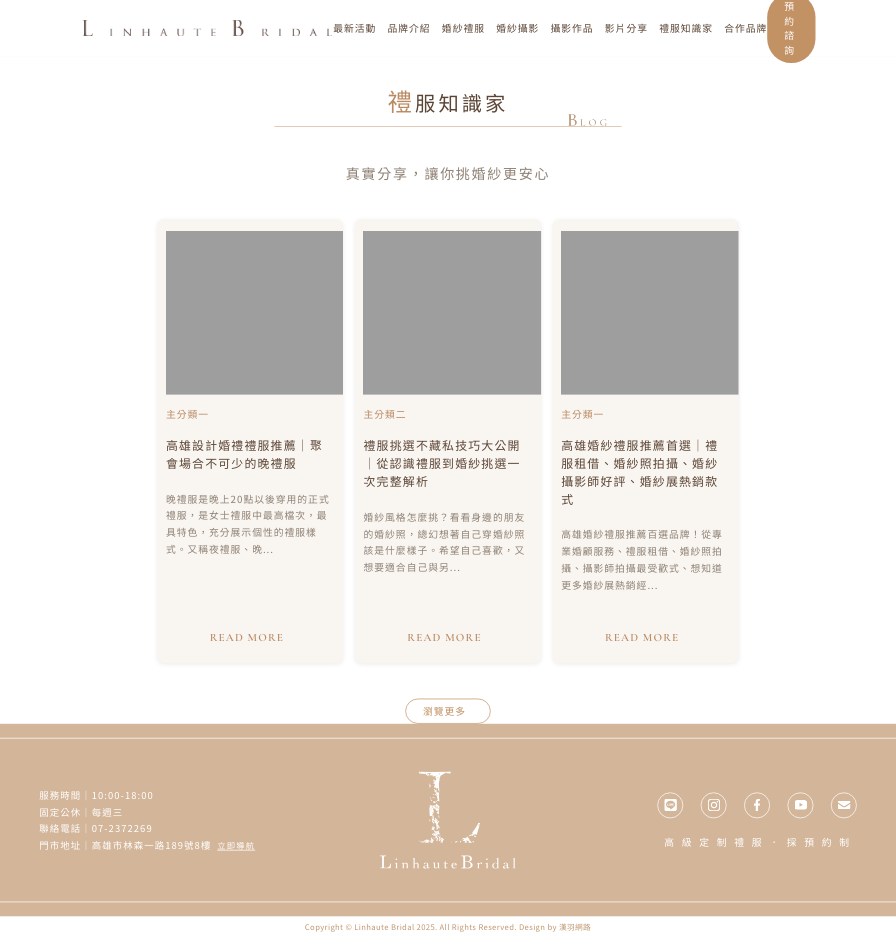
Repository: Jeffrey0117/lin-page
Page: 11.html
An editor plug-in stored every save of this project. The page is shown before and after a run of saves, followed by the edit.
The browser window is 1280 px wide. The pictures show the part of the page from y = 0 to 1920 px (the page is 1339 px tall before and 3626 px after), at 70% of full size.
Pictures or frames that could not be fetched are drawn as grey boxes. Some web libraries are served in a nearby version.

Above is the page before, as saved 2025-12-01 15:26:46.

After the next 2 saves:
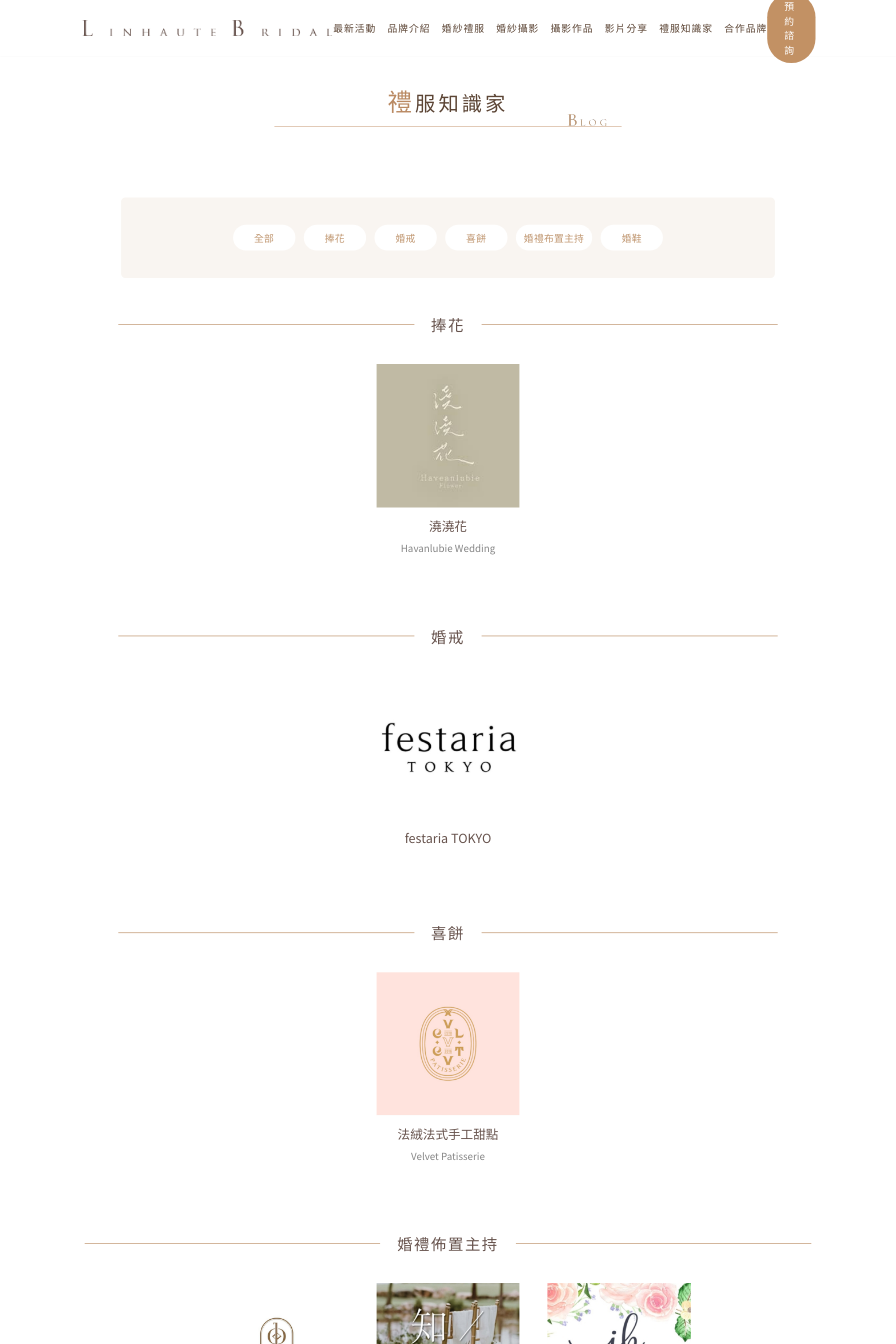
The 2 saves are shown as one change because they came seconds apart.
The last was saved 102 s later.
--- a/11.html
+++ b/11.html
@@ -92,8 +92,87 @@
             </div>
             <div class="w-[496px] border-b border-underline mt-[17px]"></div>
         </div>
-
-        <p class="text-[20px] tracking-[0.124em] text-text-subtitle mb-[51px]">真實分享，讓你挑婚紗更安心</p>
+      <!-- ------------------------分類按鈕------------------------ -->
+      <div class="w-full flex flex-col justify-center items-center">
+        <div class="mt-[50px] mb-0 sm:mb-[10px] flex-col w-[90%] lg:w-[73%] max-w-[1392px] rounded-md flex bg-[#f9f5f1] py-[39px] px-2 sm:px-8 xl:px-40">
+          <div class="grid grid-cols-2 sm:grid-cols-3 xl:flex xl:flex-nowrap gap-3 justify-center items-center">
+            <button data-category="all" class="filter-btn group py-[8px] xl:w-[130px] flex items-center justify-center text-[#c09771] rounded-full text-[14px] tracking-wide hover:bg-[#c09771] bg-white hover:text-white transition">全部</button>
+            <button data-category="category-1" class="filter-btn group py-[8px] xl:w-[130px] flex items-center justify-center gap-2 text-[#c09771] rounded-full text-[14px] tracking-wide hover:bg-[#c09771] bg-white hover:text-white transition">捧花</button>
+            <button data-category="category-2" class="filter-btn group py-[8px] xl:w-[130px] flex items-center justify-center gap-2 text-[#c09771] rounded-full text-[14px] tracking-wide hover:bg-[#c09771] bg-white hover:text-white transition">婚戒</button>
+            <button data-category="category-3" class="filter-btn group py-[8px] xl:w-[130px] flex items-center justify-center gap-2 text-[#c09771] rounded-full text-[14px] tracking-wide hover:bg-[#c09771] bg-white hover:text-white transition">喜餅</button>
+            <button data-category="category-4" class="filter-btn group py-[8px] xl:w-[160px] flex items-center justify-center gap-2 text-[#c09771] rounded-full text-[14px] tracking-wide hover:bg-[#c09771] bg-white hover:text-white transition">婚禮布置主持</button>
+            <button data-category="category-5" class="filter-btn group py-[8px] xl:w-[130px] flex items-center justify-center gap-2 text-[#c09771] rounded-full text-[14px] tracking-wide hover:bg-[#c09771] bg-white hover:text-white transition">婚鞋</button>
+          </div>
+        </div>
+        <!-------------------------------- 捧花 -------------------------------->
+        <div class="card category-1 my-10 w-full flex items-center justify-center">
+          <div class="w-[33%] max-w-[555px] border-t border-[#c09771]"></div>
+          <span class="px-6 text-[#67534d] text-[16px] sm:text-[20px] md:text-[22px] tracking-widest whitespace-nowrap">捧花</span>
+          <div class="w-[33%] max-w-[555px] border-t border-[#c09771]"></div>
+        </div>
+        <div class="mb-12 card category-1 w-[50%] lg:w-[16%] flex flex-col">
+          <img src="images/partner/澆澆花.jpg" alt="" />
+          <p class="pt-[13px] pb-2 text-center text-[#67534d] text-[18px]">澆澆花</p>
+          <p class="text-center text-[#868686] text-[14px]">Havanlubie Wedding</p>
+        </div>
+        <!-------------------------------- 婚戒 -------------------------------->
+        <div class="card category-2 mt-[50px] mb-10 w-full flex items-center justify-center">
+          <div class="w-[33%] max-w-[555px] border-t border-[#c09771]"></div>
+          <span class="px-6 text-[#67534d] text-[16px] sm:text-[20px] md:text-[22px] tracking-widest whitespace-nowrap">婚戒</span>
+          <div class="w-[33%] max-w-[555px] border-t border-[#c09771]"></div>
+        </div>
+        <div class="mb-12 card category-2 w-[50%] lg:w-[16%] flex flex-col">
+          <img src="images/partner/festaria TOKYO.jpg" alt="" />
+          <p class="pt-[13px] pb-2 text-center text-[#67534d] text-[18px]">festaria TOKYO</p>
+        </div>
+        <!-------------------------------- 喜餅 -------------------------------->
+        <div class="card category-3 mt-[50px] mb-10 w-full flex items-center justify-center">
+          <div class="w-[33%] max-w-[555px] border-t border-[#c09771]"></div>
+          <span class="px-6 text-[#67534d] text-[16px] sm:text-[20px] md:text-[22px] tracking-widest whitespace-nowrap">喜餅</span>
+          <div class="w-[33%] max-w-[555px] border-t border-[#c09771]"></div>
+        </div>
+        <div class="mb-12 card category-3 w-[50%] lg:w-[16%] flex flex-col">
+          <img src="images/partner/法絨法式手工甜點.jpg" alt="" />
+          <p class="pt-[13px] pb-2 text-center text-[#67534d] text-[18px]">法絨法式手工甜點</p>
+          <p class="text-center text-[#868686] text-[14px]">Velvet Patisserie</p>
+        </div>
+        <!-------------------------------- 婚禮佈置主持 -------------------------------->
+        <div class="card category-4 mt-[50px] mb-10 w-full flex items-center justify-center">
+          <div class="w-[33%] max-w-[555px] border-t border-[#c09771]"></div>
+          <span class="px-6 text-[#67534d] text-[16px] sm:text-[20px] md:text-[22px] tracking-widest whitespace-nowrap">婚禮佈置主持</span>
+          <div class="w-[33%] max-w-[555px] border-t border-[#c09771]"></div>
+        </div>
+        <div class="card category-4 mb-12 w-full flex lg:flex-row flex-col justify-center items-center gap-10">
+          <div class="w-[50%] lg:w-[16%] flex flex-col">
+            <img src="images/partner/樂玩創意.jpg" alt="" />
+            <p class="pt-[13px] pb-2 text-center text-[#67534d] text-[18px]">樂玩創意</p>
+            <p class="text-center text-[#868686] text-[14px]">樂團 / 婚禮企劃&主持</p>
+          </div>
+          <div class="w-[50%] lg:w-[16%] flex flex-col">
+            <img src="images/partner/知·百年.jpg" alt="" />
+            <p class="pt-[13px] pb-2 text-center text-[#67534d] text-[18px]">知·百年</p>
+            <p class="text-center text-[#868686] text-[14px]">Forever WED</p>
+          </div>
+          <div class="w-[50%] lg:w-[16%] flex flex-col">
+            <img src="images/partner/艾美喜帖婚禮.jpg" alt="" />
+            <p class="pt-[13px] pb-2 text-center text-[#67534d] text-[18px]">艾美喜帖婚禮</p>
+            <p class="text-center text-[#868686] text-[14px]">i-beauty</p>
+          </div>
+        </div>
+
+        <!-------------------------------- 婚鞋  -------------------------------->
+        <div class="card category-5 mt-[50px] mb-10 w-full flex items-center justify-center">
+          <div class="w-[33%] max-w-[555px] border-t border-[#c09771]"></div>
+          <span class="px-6 text-[#67534d] text-[16px] sm:text-[20px] md:text-[22px] tracking-widest whitespace-nowrap">婚鞋</span>
+          <div class="w-[33%] max-w-[555px] border-t border-[#c09771]"></div>
+        </div>
+        <div class="mb-12 card category-5 w-[50%] lg:w-[16%] flex flex-col">
+          <img src="images/partner/ReSarah 時尚手作婚紗鞋.jpg" alt="" />
+          <p class="pt-[13px] pb-2 text-center text-[#67534d] text-[18px]">ReSarah 時尚手作婚紗鞋</p>
+          <p class="text-center text-[#868686] text-[14px]">Wedding Shoes</p>
+        </div>
+      </div>
+
 
         <div class="w-full max-w-[1920px] grid grid-cols-1 sm:grid-cols-2 lg:grid-cols-3 gap-4 md:gap-[17px] px-4 sm:px-8 md:px-16 lg:px-[225px] justify-items-center">
 
